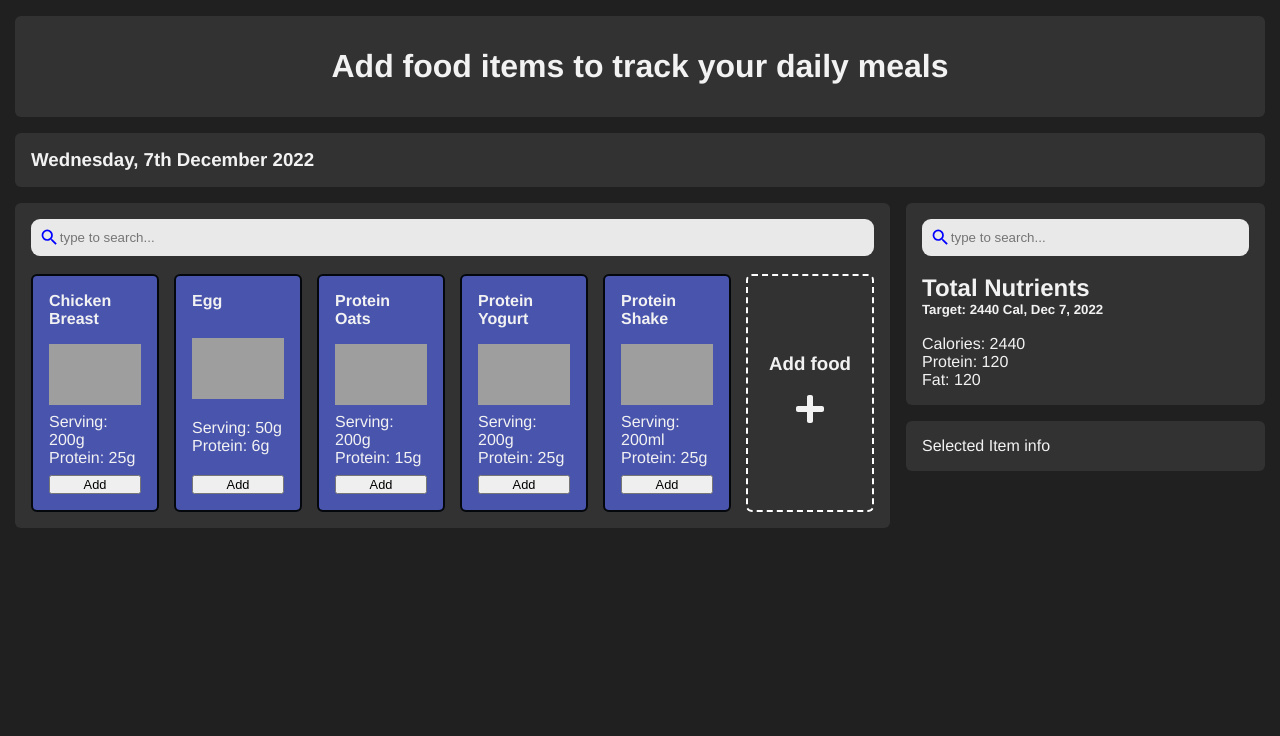
Repository: CEEPREL/NutritionTracker
Page: /
These files come from the project's save history. The page is drawn as it stood at one moment and after a run of saves; the edit follows.
The browser window is 1280 px wide. The pictures show the whole page.
Pictures or frames that could not be fetched are drawn as grey boxes. The project was rebuilt for these pictures with package versions that can differ from the ones it lists, and the page was loaded fresh each time. Also part of the build but not shown: vite.config.js.

Above is the page before, as saved 2022-12-08 22:02:18.

### public/index.html
<!DOCTYPE html>
<html lang="en">

<head>
  <meta charset="utf-8" />
  <link rel="icon" href="%PUBLIC_URL%/favicon.ico" />
  <meta name="viewport" content="width=device-width, initial-scale=1" />
  <meta name="theme-color" content="#000000" />
  <meta name="description" content="Web site created using create-react-app" />
  <link rel="apple-touch-icon" href="%PUBLIC_URL%/logo192.png" />
  <!--
      manifest.json provides metadata used when your web app is installed on a
      user's mobile device or desktop. See https://developers.google.com/web/fundamentals/web-app-manifest/
    -->
  <link rel="manifest" href="%PUBLIC_URL%/manifest.json" />
  <!--
      Notice the use of %PUBLIC_URL% in the tags above.
      It will be replaced with the URL of the `public` folder during the build.
      Only files inside the `public` folder can be referenced from the HTML.

      Unlike "/favicon.ico" or "favicon.ico", "%PUBLIC_URL%/favicon.ico" will
      work correctly both with client-side routing and a non-root public URL.
      Learn how to configure a non-root public URL by running `npm run build`.
    -->
  <title>React App</title>
  <!-- CSS only
  <link href="https://cdn.jsdelivr.net/npm/bootstrap@5.2.3/dist/css/bootstrap.min.css" rel="stylesheet"
    integrity="sha384-rbsA2VBKQhggwzxH7pPCaAqO46MgnOM80zW1RWuH61DGLwZJEdK2Kadq2F9CUG65" crossorigin="anonymous"> -->

</head>

<body>
  <noscript>You need to enable JavaScript to run this app.</noscript>
  <div id="root"></div>

  <!-- JavaScript Bundle with Popper -->
  <!-- <script src="https://cdn.jsdelivr.net/npm/bootstrap@5.2.3/dist/js/bootstrap.bundle.min.js"
    integrity="sha384-kenU1KFdBIe4zVF0s0G1M5b4hcpxyD9F7jL+jjXkk+Q2h455rYXK/7HAuoJl+0I4"
    crossorigin="anonymous"></script> -->

</body>

</html>

### src/App.js
/* eslint-disable jsx-a11y/img-redundant-alt */
import React, { useState, useEffect } from 'react';
import './App.css';
import './styles/searchFood.css';
import data from './data';

import CalculateNutrients from './components/CalculateNutrients';
import FoodList from './components/FoodList';
import Header from './components/Header';

const App = () => {

  //   const [foods, setFoods] = useState([
  //     {
  //         name: "Chicken Breast",
  //         size: "200g",
  //         protein: "25g",
  //         category: "lunch"
  //     }, {
  //         name: "Egg",
  //         size: "50g",
  //         protein: "6g",
  //         category: "breakfast"
  //     }, {
  //         name: "Protein Oats",
  //         size: "200g",
  //         protein: "15g",
  //         category: "breakfast"
  //     }, {
  //         name: "Protein Yogurt",
  //         size: "200g",
  //         protein: "25g",
  //         category: "breakfast"
  //     }, {
  //         name: "Protein Shake",
  //         size: "200ml",
  //         protein: "25g",
  //         category: "lunch"
  //     }
  //  ]);

  const { food_data } = data;
  return (
    <div className="container">
      <Header />

      <div className="wrapper-card">
        <h3>Wednesday, 7th December 2022</h3>
      </div>

      <div className="row">

        <div className="col-left">
          <div className="wrapper-card">
            <FoodList food_data={food_data} />
          </div>
        </div>

        <div className="col-right">
          <div className="wrapper-card">
            <CalculateNutrients />
          </div>

          <div className="wrapper-card">
            Selected Item info
          </div>

        </div>

      </div>

    </div>
  );
}



export default App;

### src/App.css
* {
  margin: 0;
  padding: 0;
  box-sizing: border-box;
}

code {
  font-family: source-code-pro, Menlo, Monaco, Consolas, 'Courier New',
    monospace;
}

body {
  font-family: 'Helvetica', BlinkMacSystemFont, 'Segoe UI', 'Roboto', 'Oxygen',
    'Ubuntu', 'Cantarell', 'Fira Sans', 'Droid Sans', 'Helvetica Neue',
    sans-serif;
  -webkit-font-smoothing: antialiased;
  -moz-osx-font-smoothing: grayscale;
  background: #202020;
  color: #F2F2F2;
}

.container {
  max-width: 1400px;
  justify-content: center;
  align-items: center;
  margin-left: auto;
  margin-right: auto;
  margin-top: 1rem;
  padding-right: 15px;
  padding-left: 15px;
  min-height: 100vh;
}

.header {
  padding: 2rem;
  background-color:  #323232;
  display: flex;
  flex-direction: column;
  align-items: center;
  justify-content: center;
  margin-bottom: 1rem;
  border-radius: 6px;
}

.col-left{
  float: left;
  width: 70%;
}

.col-right{
  float: left;
  width: 30%;
  padding-left: 1rem;
}

.wrapper-card {
  background-color: #323232;
  padding: 1rem;
  border-radius: 6px;
  margin-bottom: 1rem;
}

.foodList {
  display: flex;
  flex-wrap: wrap;
  gap:15px;

  /* display: grid;
  grid-gap: 1rem;
  grid-template-columns: repeat(auto-fill, minmax(180px, 1fr)); */
}

.food-card {
  min-height:7rem;
  min-width:8rem;

  border-radius: 6px;
  background-color: #4954ad;
  border: 2px solid rgb(4, 7, 12);
  padding: 1rem;

  display: flex;
  flex-direction: column;
  align-items: left;
  justify-content: space-between;
  flex: 1;
  cursor: pointer;

}

.food-name {
  margin-bottom: 1rem;
}

.food-nutrients {
  padding-top: 0.5rem;
  padding-bottom: 0.5rem;
}

.add-btn {
  font-size: 0.8rem;
  font-weight: 400;
}
.new-card {
  min-height:140px;
  min-width:  8rem;
  border-radius: 6px;
  border: 2px dashed rgb(255, 255, 255);
  padding: 1rem;

  display: flex;
  flex-direction: column;
  align-items: center;
  justify-content: center;
  flex: 1;
  cursor: pointer;
}



@media screen and (max-width: 960px) {
  .col-left, .col-right {
    width: 100%;
    padding: 0;
  }
}


/* Clear floats after the columns
.row:after {
  content: "";
  display: table;
  clear: both;
} */

### src/styles/searchFood.css
.searchFood {
    padding: 0.5rem;
    background-color:  #323232;
    display: flex;
    align-items: center;
    background-color: rgb(233,233,233);
    border-radius: 9px;

  }
  .searchFood input {
    border: none;
    background-color: rgb(233,233,233);

  }

  .searchFood input:focus {
    outline: none;
  }

### src/data.js

const data = {

    food_data: [
        {
            id: '1',
            name: "Chicken Breast",
            size: "200g",
            protein: "25g",
            category: "lunch",
            image: 'https://picsum.photos/id/190/2400/1600/'
        }, {
            id: '2',
            name: "Egg",
            size: "50g",
            protein: "6g",
            category: "breakfast",
            image: 'https://picsum.photos/id/170/2400/1600/'
        }, {
            id: '3',
            name: "Protein Oats",
            size: "200g",
            protein: "15g",
            category: "breakfast",
            image: 'https://picsum.photos/id/180/2400/1600/'
        }, {
            id: '4',
            name: "Protein Yogurt",
            size: "200g",
            protein: "25g",
            category: "breakfast",
            image: 'https://picsum.photos/id/170/2400/1600/'
        }, {
            id: '5',
            name: "Protein Shake",
            size: "200ml",
            protein: "25g",
            category: "lunch",
            image: 'https://picsum.photos/id/130/2400/1600/'
        }
    ],
};

export default data;

### src/components/CalculateNutrients.js
import React from 'react'
import SearchFood from './SearchFood'

function CalculateNutrients() {
  return (
    <div className="calculateNutrients">
      <SearchFood/>
      <br></br>
      <h2>Total Nutrients</h2>
      <h5>Target: 2440 Cal, Dec 7, 2022</h5>
      <br></br>
      <p>Calories: 2440</p>
      <p>Protein: 120</p>
      <p>Fat: 120</p>
    </div>
  )
}

export default CalculateNutrients

### src/components/FoodList.js
import { FaPlus } from 'react-icons/fa';
import Food from './Food';
import SearchFood from './SearchFood';

const FoodList = ({ food_data }) => {
    return (
        <div>
            <SearchFood />
            <br></br>

            <div className="foodList">
                {food_data.map((food) =>
                    <Food
                        key={food.id}
                        name={food.name}
                        size={food.size}
                        protein={food.protein}
                        image={food.image}
                    />
                )}

                {/*
                <Food name="Salad" serving="300g" protein="4g" />
                <Food name="Chicken" serving="500g" protein="21g" />
                <Food name="Peanut Butter" serving="30g" protein="6g" />
                <Food name="Peanut Butter" serving="30g" protein="6g" />
                <Food name="Peanut Butter" serving="30g" protein="6g" />
                <Food />
                */}
                <div className="new-card">
                    <h3>Add food </h3><br></br>
                    <h1><FaPlus /></h1>

                </div>
            </div>
        </div>

    )
}

export default FoodList

### src/components/Header.js
import React from 'react'
import SearchFood from './SearchFood'

function Header(props) {
    return (

        <div className="header">
            <h1>Add food items to track your daily meals</h1>
        </div>

    )
}

export default Header

### src/components/SearchFood.js
import React from 'react'
import { MdSearch } from 'react-icons/md'

function SearchFood() {
    return (
        <div className="searchFood">
            <MdSearch className="search-icons" size="1.3em" color="blue"/>
            <input
                // onChange={(event) => handleSearchNote(event.target.value)}
                type="text"
                placeholder="type to search...">

            </input>
        </div>
    )
}

export default SearchFood

### src/components/Food.js
import React from 'react'

const Food = ({ id, name, size, protein, image }) => {
    return (
        <div className="food-card">
            <div className="food-name">
                <h4 ><strong>{name}</strong></h4>
            </div>

            <img className="small" src={image} alt={name}></img>

            <div className="food-nutrients">
                <p>Serving: {size}</p>
                <p>Protein: {protein}</p>
            </div>
            <button className="add-btn">Add</button>

        </div>
    )
}

Food.defaultProps = {
    name: "Enter Food",
    serving: "0g",
    protein: "0g"
}

export default Food

Loaded but not shown: src/index.js (common file)

After the next 4 saves:
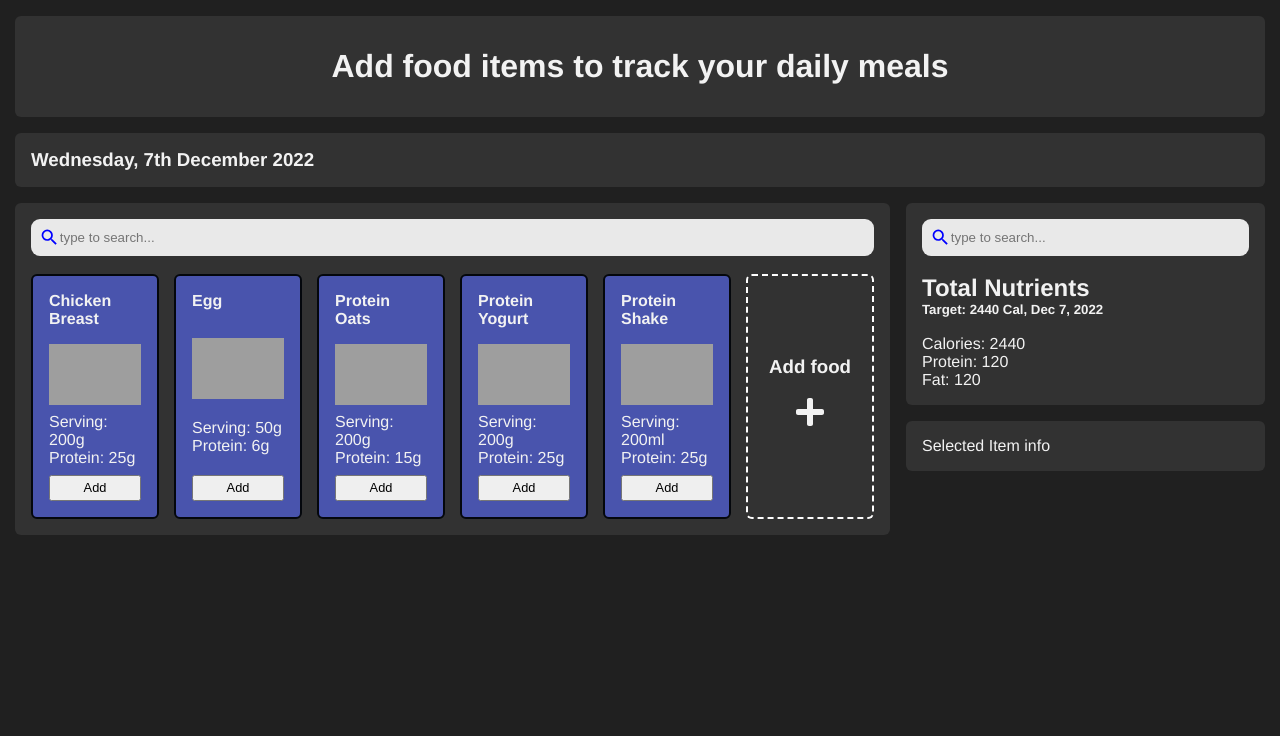
The 4 saves are shown as one change because they came seconds apart.
The last was saved 27 s later.
--- a/src/App.css
+++ b/src/App.css
@@ -99,7 +99,7 @@ body {
 
 .add-btn {
   font-size: 0.8rem;
-  font-weight: 400;
+  padding: 0.2rem;
 }
 .new-card {
   min-height:140px;
